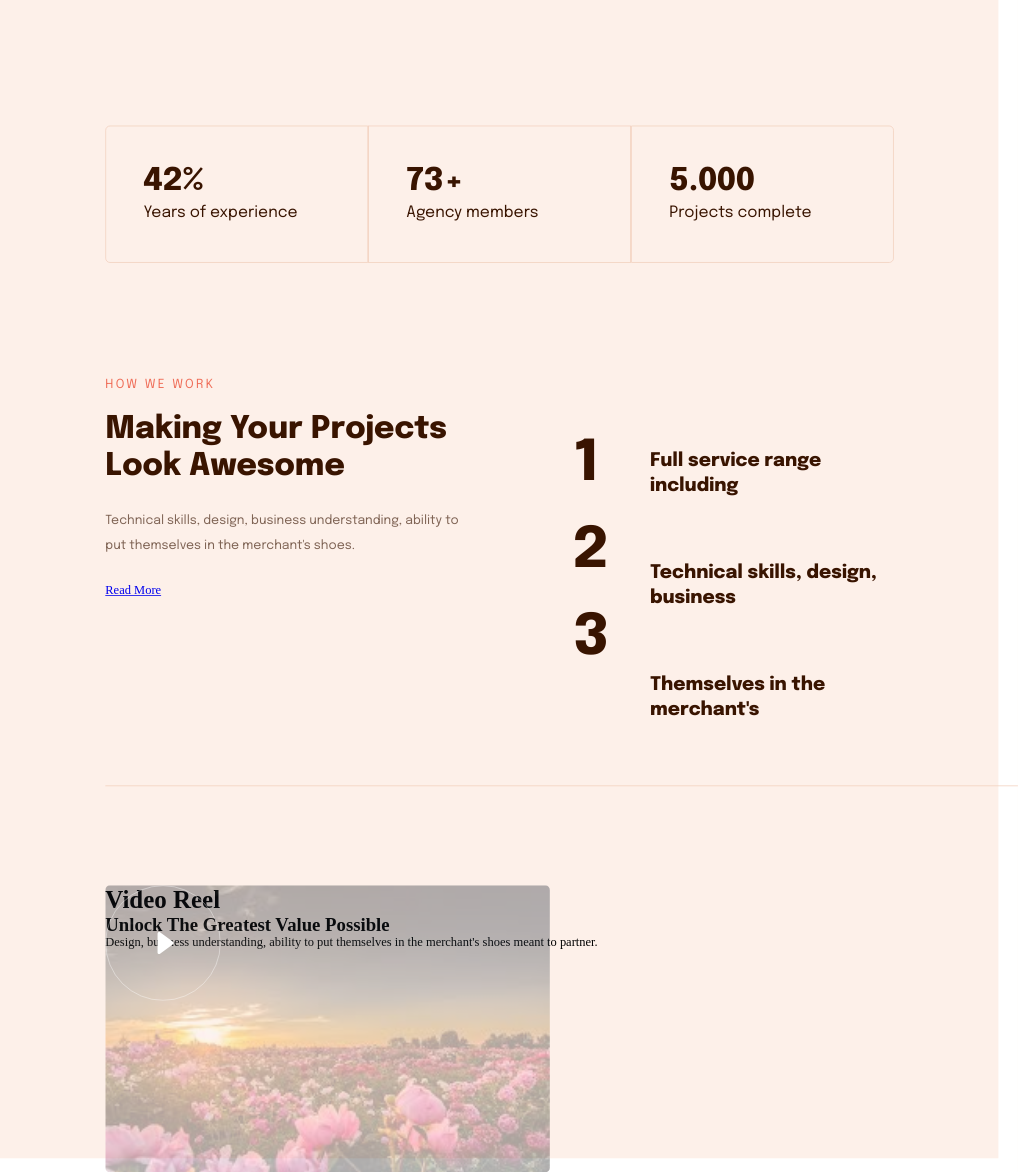
Repository: AytacJafarova/task2
Page: index.html
These files come from the project's save history. The page is drawn as it stood at one moment and after the next save; the edit follows.
The browser window is 1280 px wide. The page is 1305 px wide, so the pictures cover 1305 px, including what lies to the right of the window. The pictures show the whole page, at 78% of full size.

Above is the page before, as saved 2023-08-01 14:14:45.

After the next save:
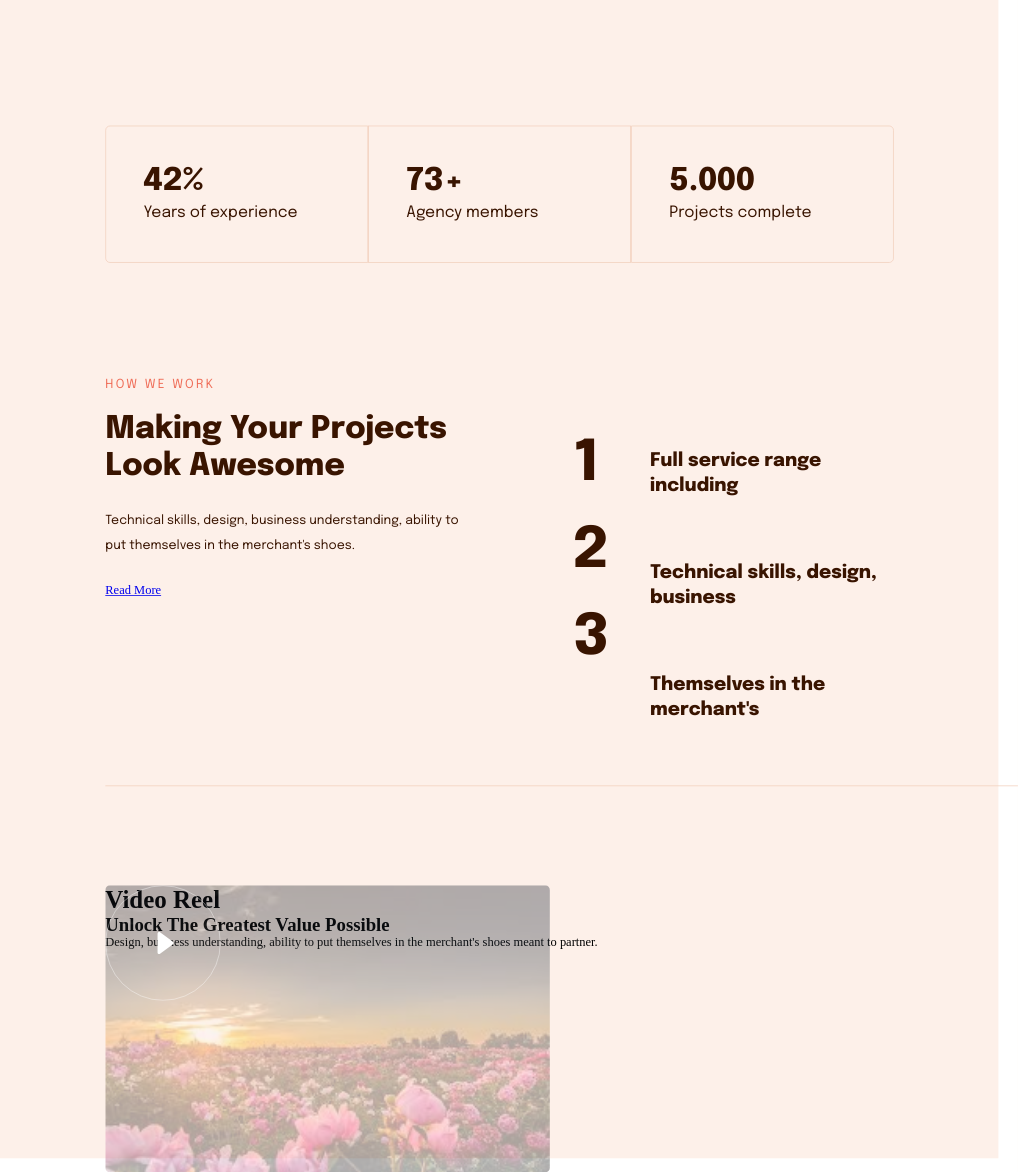
Saved 40 s later.
--- a/index.css
+++ b/index.css
@@ -74,7 +74,7 @@ font-weight: 800;
 line-height: 48px;
 margin-bottom: 30px;
 }
-.box1 .put {
+.box1 p {
     width: 470px;
 height: 68px;
 flex-shrink: 0;
